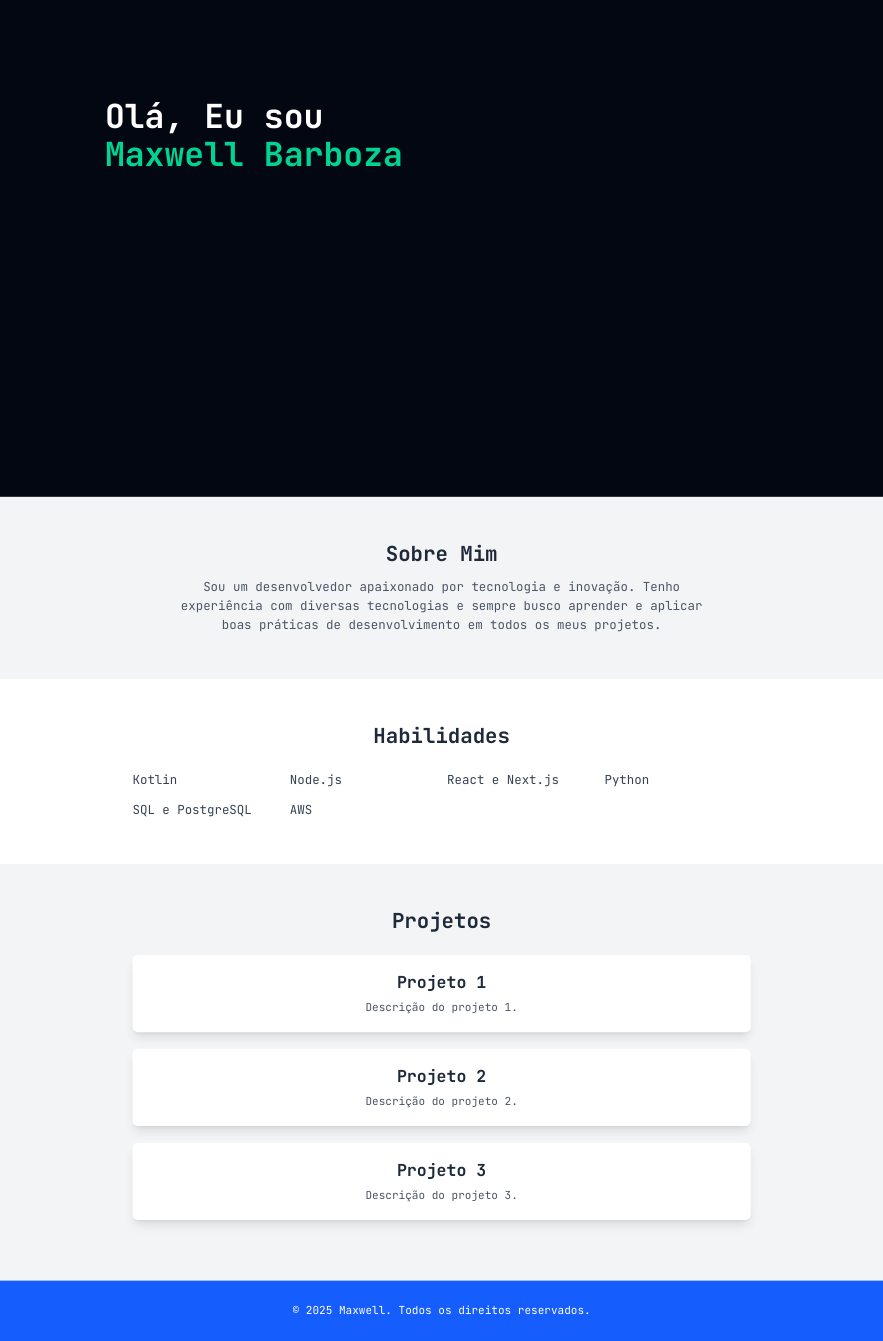
Repository: maxwelllbarboza/pagina-pessoal
Page: /
An editor plug-in stored every save of this project. The page is shown before and after the next save, followed by the edit.
The browser window is 1280 px wide. The pictures show the whole page, at 69% of full size.
The project was rebuilt for these pictures with package versions that can differ from the ones it lists, and the page was loaded fresh each time. The framework's server and built-in components were replaced by stand-ins that run in the browser. Also part of the build but not shown: next.config.mjs, next.config.ts.

Above is the page before, as saved 2025-02-27 11:06:12.

### src/app/layout.tsx
import * as React from 'react';
import {JetBrains_Mono} from "next/font/google"
import './globals.css'

const jetBrainsMono = JetBrains_Mono({
  subsets: ["latin"],
  weight: ["400", "700"],
  variable: "--font-jetbrains-mono"
})

export default function RootLayout({
  children,
}: Readonly<{
  children: React.ReactNode;
}>) {
  return (
    <html lang="en">
      <body className={jetBrainsMono.className}>
        <main className="min-h-screen">
          {children}
        </main>
      </body>
    </html>
  );
}

### src/app/page.tsx
import SobreMim from "@/components/sobremim/SobreMim";
import Head from "next/head";

const skills = ['Kotlin', 'Node.js', 'Python', 'React', 'Next.js', 'AWS', 'SQL'];

const projects = [
  { title: 'Sistema de Frete', description: 'Gerenciamento de transportes e pagamentos.', image: '/frete.png' },
  { title: 'Naval Battle Game', description: 'Jogo de batalha naval interativo.', image: '/naval.png' },
  { title: 'Sistema de Estoque', description: 'Gestão de bebidas e inventário.', image: '/estoque.png' }
];

export default function Home() {
  return (
    <div className="bg-gray-100 min-h-screen">
    <Head>
      <title>Portfólio de Maxwell</title>
      <meta name="description" content="Portfólio pessoal de Maxwell" />
      <link rel="icon" href="/favicon.ico" />
    </Head>



    {/* Sobre mim */}
    <SobreMim/>
    <section className="py-16 text-center">
      <h2 className="text-3xl font-semibold text-gray-800">Sobre Mim</h2>
      <p className="mt-4 text-lg text-gray-600 max-w-3xl mx-auto">
        Sou um desenvolvedor apaixonado por tecnologia e inovação. Tenho experiência com diversas tecnologias e sempre busco aprender e aplicar boas práticas de desenvolvimento em todos os meus projetos.
      </p>
    </section>

    {/* Habilidades */}
    <section className="bg-white py-16">
      <h2 className="text-3xl font-semibold text-center text-gray-800">Habilidades</h2>
      <ul className="mt-8 grid grid-cols-2 sm:grid-cols-3 md:grid-cols-4 gap-4 max-w-4xl mx-auto">
        <li className="text-lg text-gray-700">Kotlin</li>
        <li className="text-lg text-gray-700">Node.js</li>
        <li className="text-lg text-gray-700">React e Next.js</li>
        <li className="text-lg text-gray-700">Python</li>
        <li className="text-lg text-gray-700">SQL e PostgreSQL</li>
        <li className="text-lg text-gray-700">AWS</li>
      </ul>
    </section>

    {/* Projetos */}
    <section className="py-16 text-center">
      <h2 className="text-3xl font-semibold text-gray-800">Projetos</h2>
      <div className="mt-8 max-w-4xl mx-auto">
        <div className="bg-white p-6 mb-6 shadow-lg rounded-lg">
          <h3 className="text-2xl font-semibold text-gray-800">Projeto 1</h3>
          <p className="mt-2 text-gray-600">Descrição do projeto 1.</p>
        </div>
        <div className="bg-white p-6 mb-6 shadow-lg rounded-lg">
          <h3 className="text-2xl font-semibold text-gray-800">Projeto 2</h3>
          <p className="mt-2 text-gray-600">Descrição do projeto 2.</p>
        </div>
        <div className="bg-white p-6 mb-6 shadow-lg rounded-lg">
          <h3 className="text-2xl font-semibold text-gray-800">Projeto 3</h3>
          <p className="mt-2 text-gray-600">Descrição do projeto 3.</p>
        </div>
      </div>
    </section>

    {/* Footer */}
    <footer className="bg-blue-600 text-white text-center py-8">
      <p>&copy; 2025 Maxwell. Todos os direitos reservados.</p>
    </footer>
  </div>

  );
}

### src/components/sobremim/SobreMim.tsx
'use client'
import { animate, motion } from "framer-motion"

export default function SobreMim(){
    return(
        <section className="min-h-screen bg-gray-950 text-white pt-20">
            <div className="max-w-5xl mx-auto px-6 py-12">
                <div className="flex flex-col-reverse lg:flex-row items-center
                justify-between gap-8 lg:gap-16">
                    <motion.div
                    initial={{opacity: 0, y:20}}
                    animate={{opacity: 1, y:0}}
                    transition={{duration: 0.5}}
                    >
                        <span className="text-gray-400 mb-4 block text lg:text-left"></span>
                        <h1 className="text-5xl font-bold mb-4 text-center lg:text-left">
                            Olá, Eu sou
                            <span className="block text-emerald-400 mt-2">Maxwell Barboza</span>
                        </h1>
                    </motion.div>
                </div>
            </div>
        </section>
    )
}

Loaded but not shown: src/app/globals.css (common file)

After the next save:
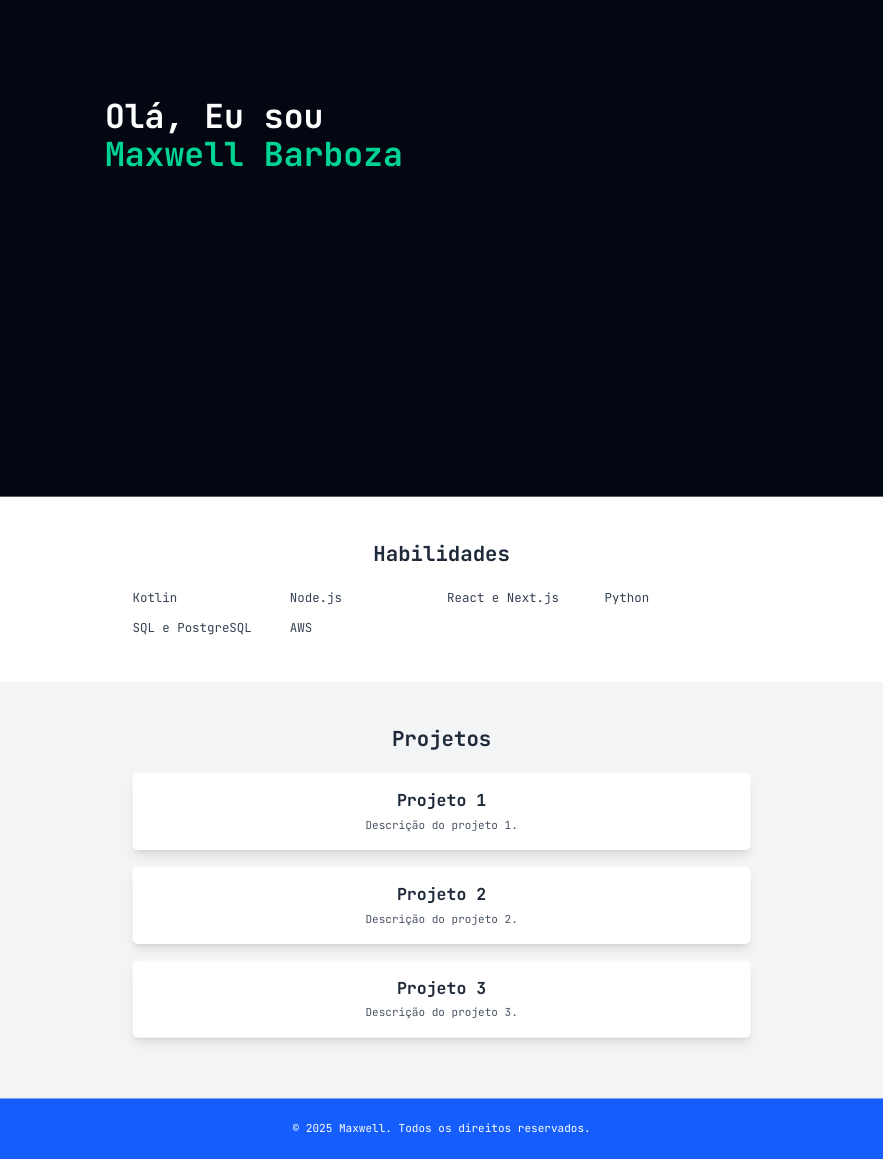
Saved 4 s later.
--- a/src/app/page.tsx
+++ b/src/app/page.tsx
@@ -22,12 +22,7 @@
 
     {/* Sobre mim */}
     <SobreMim/>
-    <section className="py-16 text-center">
-      <h2 className="text-3xl font-semibold text-gray-800">Sobre Mim</h2>
-      <p className="mt-4 text-lg text-gray-600 max-w-3xl mx-auto">
-        Sou um desenvolvedor apaixonado por tecnologia e inovação. Tenho experiência com diversas tecnologias e sempre busco aprender e aplicar boas práticas de desenvolvimento em todos os meus projetos.
-      </p>
-    </section>
+
 
     {/* Habilidades */}
     <section className="bg-white py-16">
